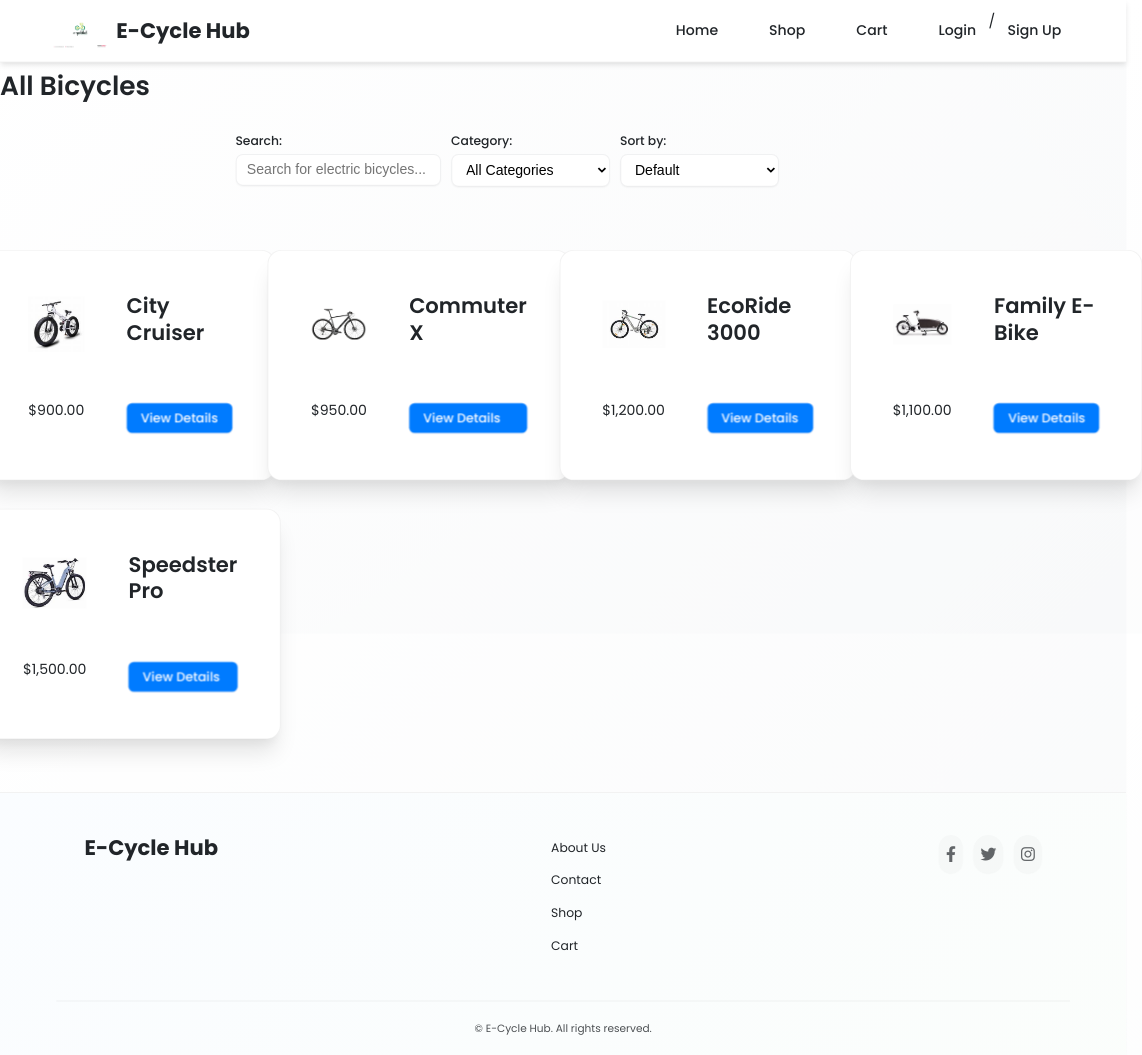
Repository: Rutuja-g/E-Cycle-Hub
Page: public/shop.html
The author's editor kept a copy of each file at every save. The page is drawn from the files as they stood at one save, then again after the next save.
The browser window is 1280 px wide. The page is 1298 px wide, then 1280 px, so the pictures cover 1298 px, including what lies to the right of the window. The pictures show the whole page, at 88% of full size.

Above is the page before, as saved 2025-10-25 22:54:32.

### public/shop.html
<!DOCTYPE html>
<html lang="en">
  <head>
    <meta charset="UTF-8" />
    <meta name="viewport" content="width=device-width, initial-scale=1.0" />
    <title>Shop - E-Cycle Hub</title>
    <link rel="icon" href="favicon.ico" type="image/x-icon" />
    <link rel="preconnect" href="https://fonts.googleapis.com" />
    <link rel="preconnect" href="https://fonts.gstatic.com" crossorigin />
    <link
      href="https://fonts.googleapis.com/css2?family=Poppins:wght@300;400;500;600;700&display=swap"
      rel="stylesheet"
    />
    <link rel="stylesheet" href="css/reset.css" />
    <link rel="stylesheet" href="css/variables.css" />
    <link rel="stylesheet" href="css/main.css" />
    <link
      rel="stylesheet"
      href="https://cdnjs.cloudflare.com/ajax/libs/font-awesome/6.0.0/css/all.min.css"
    />
  </head>
  <body>
    <header>
      <div id="header"></div>
    </header>

    <main class="main-content">
      <section class="shop-products">
        <h2>All Bicycles</h2>

        <div class="grid--shop"></div>
      </section>
    </main>

    <footer>
      <div id="footer"></div>
    </footer>

    <script src="js/components.js"></script>
    <script src="js/utils.js"></script>
    <script src="js/main.js"></script>
    <script src="js/auth.js"></script>
  </body>
</html>

### public/css/reset.css
html
/* CSS Reset */
* {
    margin: 0;
    padding: 0;
    box-sizing: border-box;
}

html, body {
    height: 100%;
    font-family: Arial, sans-serif;
}

img {
    max-width: 100%;
    height: auto;
}

a {
    text-decoration: none;
    color: inherit;
}

ul {
    list-style: none;
}

button {
    cursor: pointer;
}

### public/css/variables.css
:root {
  /* Enhanced Color Palette */
  --primary-color: #007bff; /* Electric Blue */
  --primary-hover: #0056b3; /* Darker Blue for hover */
  --primary-light: #e3f2fd; /* Light Blue Background */
  --primary-gradient: linear-gradient(135deg, #007bff 0%, #0056b3 100%);
  --secondary-color: #28a745; /* Success Green */
  --secondary-hover: #218838; /* Darker Green */
  --secondary-light: #e8f5e8; /* Light Green Background */
  --secondary-gradient: linear-gradient(135deg, #28a745 0%, #218838 100%);
  --accent-color: #ffc107; /* Warning Yellow */
  --accent-hover: #e0a800; /* Darker Yellow */
  --accent-light: #fff8e1; /* Light Yellow Background */
  --danger-color: #dc3545; /* Danger Red */
  --danger-hover: #c82333; /* Darker Red */
  --danger-light: #fce4e4; /* Light Red Background */

  /* Neutral Colors */
  --background-color: #ffffff; /* Pure White */
  --background-gradient: linear-gradient(135deg, #ffffff 0%, #f8f9fa 100%);
  --surface-color: #f8f9fa; /* Light Gray Surface */
  --surface-light: #f1f3f4; /* Very Light Surface */
  --card-color: #ffffff; /* Card Background */
  --text-color: #212529; /* Dark Gray Text */
  --text-muted: #6c757d; /* Muted Text */
  --text-light: #868e96; /* Lighter Text */
  --border-color: #dee2e6; /* Light Border */
  --border-light: #f1f3f4; /* Very Light Border */
  --border-focus: #007bff; /* Focus Border */

  /* Typography */
  --font-family: "Poppins", -apple-system, BlinkMacSystemFont, "Segoe UI",
    Roboto, sans-serif;
  --font-size-xs: 0.75rem; /* 12px */
  --font-size-sm: 0.875rem; /* 14px */
  --font-size-base: 1rem; /* 16px */
  --font-size-lg: 1.125rem; /* 18px */
  --font-size-xl: 1.25rem; /* 20px */
  --font-size-2xl: 1.5rem; /* 24px */
  --font-size-3xl: 1.875rem; /* 30px */
  --font-size-4xl: 2.25rem; /* 36px */
  --font-size-5xl: 3rem; /* 48px */

  --font-weight-light: 300;
  --font-weight-normal: 400;
  --font-weight-medium: 500;
  --font-weight-semibold: 600;
  --font-weight-bold: 700;

  --line-height-tight: 1.25;
  --line-height-normal: 1.5;
  --line-height-relaxed: 1.75;

  /* Spacing Scale */
  --spacing-xs: 0.25rem; /* 4px */
  --spacing-sm: 0.5rem; /* 8px */
  --spacing-md: 0.75rem; /* 12px */
  --spacing-lg: 1rem; /* 16px */
  --spacing-xl: 1.25rem; /* 20px */
  --spacing-2xl: 1.5rem; /* 24px */
  --spacing-3xl: 2rem; /* 32px */
  --spacing-4xl: 2.5rem; /* 40px */
  --spacing-5xl: 3rem; /* 48px */
  --spacing-6xl: 4rem; /* 64px */

  /* Layout */
  --max-width-xs: 20rem; /* 320px */
  --max-width-sm: 24rem; /* 384px */
  --max-width-md: 28rem; /* 448px */
  --max-width-lg: 32rem; /* 512px */
  --max-width-xl: 36rem; /* 576px */
  --max-width-2xl: 42rem; /* 672px */
  --max-width-3xl: 48rem; /* 768px */
  --max-width-4xl: 56rem; /* 896px */
  --max-width-5xl: 64rem; /* 1024px */
  --max-width-6xl: 72rem; /* 1152px */
  --max-width-7xl: 80rem; /* 1280px */
  --max-width-full: 100%;

  /* Border Radius */
  --border-radius-none: 0;
  --border-radius-sm: 0.125rem; /* 2px */
  --border-radius: 0.25rem; /* 4px */
  --border-radius-md: 0.375rem; /* 6px */
  --border-radius-lg: 0.5rem; /* 8px */
  --border-radius-xl: 0.75rem; /* 12px */
  --border-radius-2xl: 1rem; /* 16px */
  --border-radius-3xl: 1.5rem; /* 24px */
  --border-radius-full: 9999px;

  /* Enhanced Shadows */
  --shadow-sm: 0 1px 2px 0 rgba(0, 0, 0, 0.05);
  --shadow: 0 1px 3px 0 rgba(0, 0, 0, 0.1), 0 1px 2px 0 rgba(0, 0, 0, 0.06);
  --shadow-md: 0 4px 6px -1px rgba(0, 0, 0, 0.1),
    0 2px 4px -1px rgba(0, 0, 0, 0.06);
  --shadow-lg: 0 10px 15px -3px rgba(0, 0, 0, 0.1),
    0 4px 6px -2px rgba(0, 0, 0, 0.05);
  --shadow-xl: 0 20px 25px -5px rgba(0, 0, 0, 0.1),
    0 10px 10px -5px rgba(0, 0, 0, 0.04);
  --shadow-2xl: 0 25px 50px -12px rgba(0, 0, 0, 0.25);
  --shadow-inner: inset 0 2px 4px 0 rgba(0, 0, 0, 0.06);
  --shadow-glow: 0 0 20px rgba(0, 123, 255, 0.3);

  /* Transitions */
  --transition-fast: 150ms ease-in-out;
  --transition-normal: 250ms ease-in-out;
  --transition-slow: 350ms ease-in-out;

  /* Z-Index Scale */
  --z-dropdown: 1000;
  --z-sticky: 1020;
  --z-fixed: 1030;
  --z-modal-backdrop: 1040;
  --z-modal: 1050;
  --z-popover: 1060;
  --z-tooltip: 1070;
}

### public/components/header.html
<nav class="navbar">
  <div class="nav-container">
    <div class="logo">
      <a href="index.html">
        <img src="assets/images/logo.jpg" alt="E-Cycle Hub Logo" />
        <span>E-Cycle Hub</span>
      </a>
    </div>
    <div class="nav-toggle" id="navToggle">
      <span></span>
      <span></span>
      <span></span>
    </div>
    <ul class="nav-links" id="navLinks">
      <li><a href="index.html" class="nav-link">Home</a></li>
      <li><a href="shop.html" class="nav-link">Shop</a></li>
      <li><a href="cart.html" class="nav-link">Cart</a></li>
      <li id="user-info" style="display: none">
        <span id="user-name"></span>
        <a href="orders.html" class="nav-link">My Orders</a>
        <a href="#" id="logout" class="nav-link">Logout</a>
      </li>
      <li id="auth-links">
        <a href="login.html" class="nav-link">Login</a>
        <span>/</span>
        <a href="signup.html" class="nav-link">Sign Up</a>
      </li>
    </ul>
  </div>
</nav>

### public/components/footer.html
<footer class="footer">
  <div class="container">
    <div class="footer-content">
      <div class="footer-logo">
        <h2>E-Cycle Hub</h2>
      </div>
      <div class="footer-links">
        <ul>
          <li><a href="about.html">About Us</a></li>
          <li><a href="contact.html">Contact</a></li>
          <li><a href="shop.html">Shop</a></li>
          <li><a href="cart.html">Cart</a></li>
        </ul>
      </div>
      <div class="footer-social">
        <a href="#" aria-label="Facebook"><i class="fab fa-facebook-f"></i></a>
        <a href="#" aria-label="Twitter"><i class="fab fa-twitter"></i></a>
        <a href="#" aria-label="Instagram"><i class="fab fa-instagram"></i></a>
      </div>
    </div>
    <div class="footer-bottom">
      <p>&copy; <span id="year"></span> E-Cycle Hub. All rights reserved.</p>
    </div>
  </div>
</footer>

Loaded but not shown: public/assets/data/products.json (47 lines, source omitted); public/js/main.js (331 lines, source omitted); public/js/auth.js (289 lines, source omitted); public/js/utils.js (134 lines, source omitted); public/js/components.js (31 lines, source omitted); public/css/main.css (2775 lines, source omitted)

After the next save:
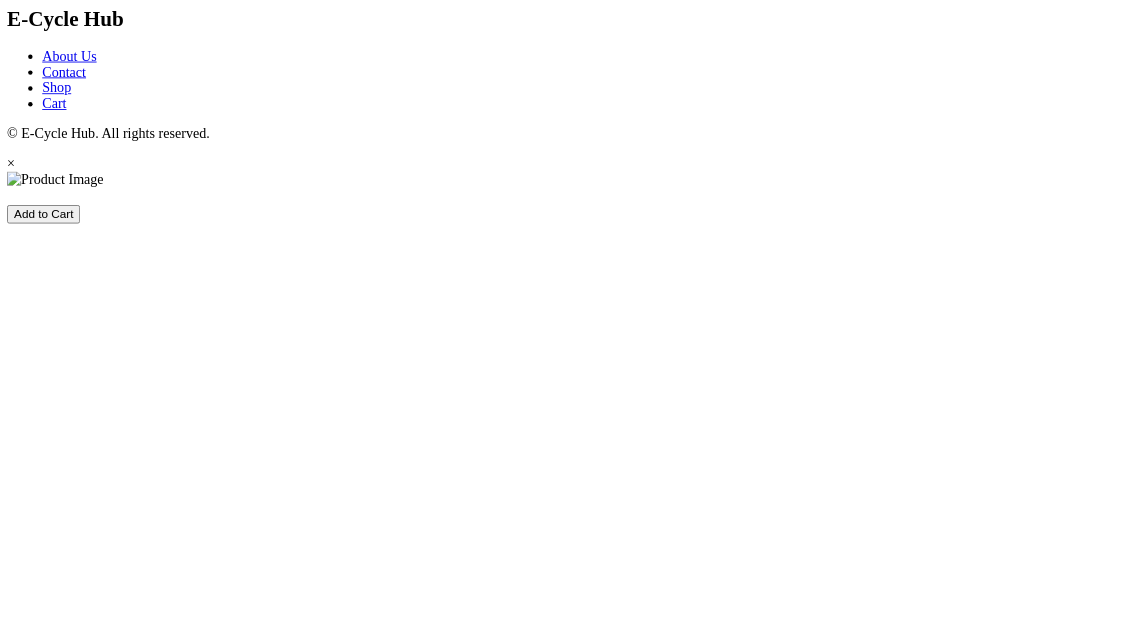
Saved 17 s later.
--- a/public/shop.html
+++ b/public/shop.html
@@ -1,40 +1,21 @@
-<!DOCTYPE html>
-<html lang="en">
-  <head>
-    <meta charset="UTF-8" />
-    <meta name="viewport" content="width=device-width, initial-scale=1.0" />
-    <title>Shop - E-Cycle Hub</title>
-    <link rel="icon" href="favicon.ico" type="image/x-icon" />
-    <link rel="preconnect" href="https://fonts.googleapis.com" />
-    <link rel="preconnect" href="https://fonts.gstatic.com" crossorigin />
-    <link
-      href="https://fonts.googleapis.com/css2?family=Poppins:wght@300;400;500;600;700&display=swap"
-      rel="stylesheet"
-    />
-    <link rel="stylesheet" href="css/reset.css" />
-    <link rel="stylesheet" href="css/variables.css" />
-    <link rel="stylesheet" href="css/main.css" />
-    <link
-      rel="stylesheet"
-      href="https://cdnjs.cloudflare.com/ajax/libs/font-awesome/6.0.0/css/all.min.css"
-    />
-  </head>
-  <body>
-    <header>
-      <div id="header"></div>
-    </header>
-
-    <main class="main-content">
-      <section class="shop-products">
-        <h2>All Bicycles</h2>
-
-        <div class="grid--shop"></div>
-      </section>
-    </main>
+</main>
 
     <footer>
       <div id="footer"></div>
     </footer>
+
+    <!-- Product Details Modal -->
+    <div id="productModal" class="modal">
+      <div class="modal-content">
+        <span class="close">&times;</span>
+        <div class="modal-body">
+          <img id="modalImage" src="" alt="Product Image">
+          <h2 id="modalName"></h2>
+          <p id="modalDescription"></p>
+          <button id="modalAddToCart" class="btn btn-primary">Add to Cart</button>
+        </div>
+      </div>
+    </div>
 
     <script src="js/components.js"></script>
     <script src="js/utils.js"></script>
